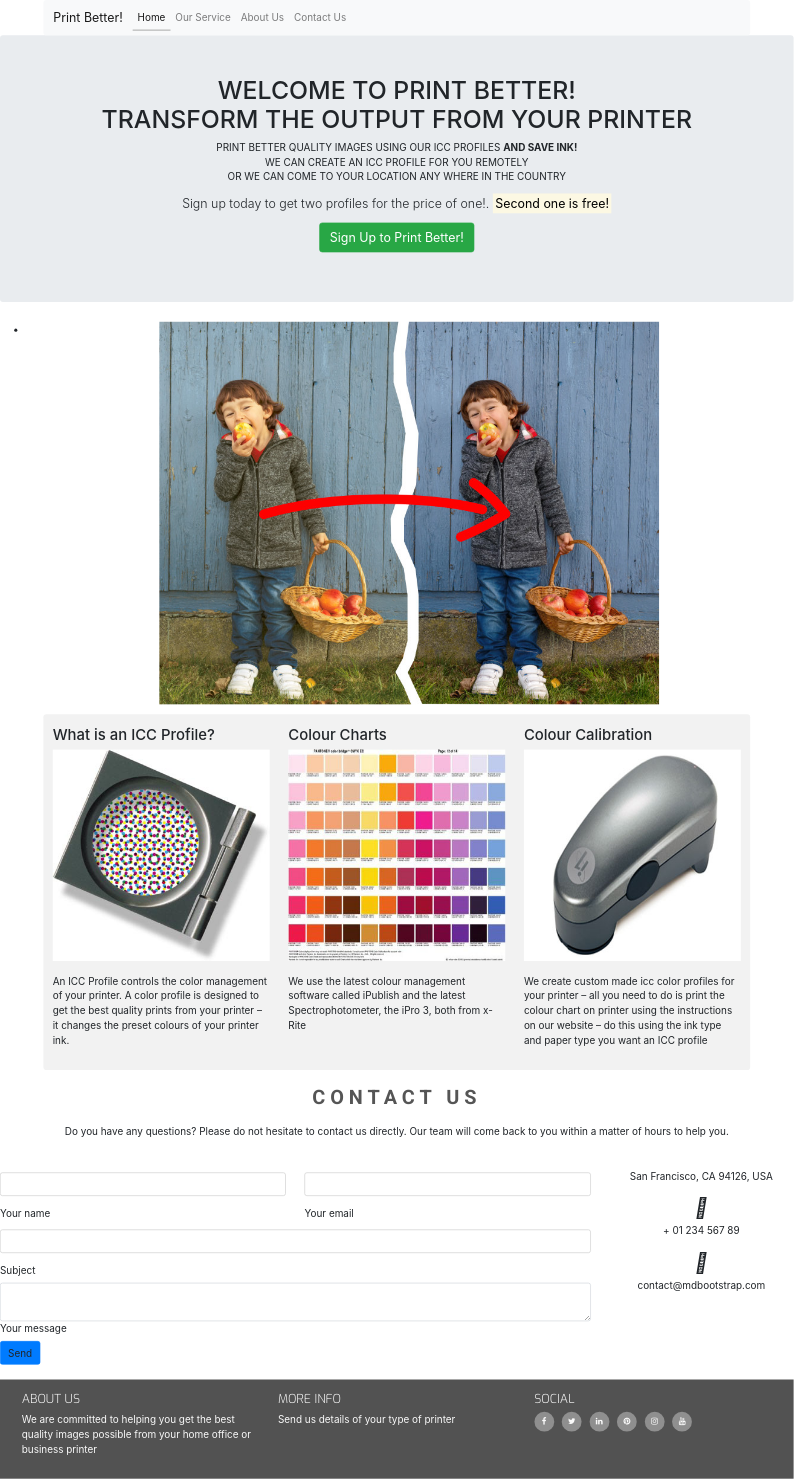
Repository: marks530/first_milestone
Page: navbar2.html
These files come from the project's save history. The page is drawn as it stood at one moment and after the next save; the edit follows.
The browser window is 1280 px wide. The page is 1295 px wide, so the pictures cover 1295 px, including what lies to the right of the window. The pictures show the whole page, at 62% of full size.
Some web libraries are served in a nearby version.

Above is the page before, as saved 2021-03-22 16:57:15.

### navbar2.html
<!DOCTYPE html>
<html lang="en">

<head>
    <meta charset="UTF-8">
    <meta http-equiv="X-UA-Compatible" content="IE=edge">
    <meta name="viewport" content="width=device-width, initial-scale=1.0">
    <link href="css/style.css" rel="stylesheet" type="text/css" />
    <link rel="stylesheet" href="https://maxcdn.bootstrapcdn.com/bootstrap/4.2.1/css/bootstrap.min.css" type="text/css" />
    <link rel="stylesheet" href="https://maxcdn.bootstrapcdn.com/font-awesome/4.7.0/css/font-awesome.min.css" type="text/css" />
    <link rel="stylesheet" href="https://cdnjs.cloudflare.com/ajax/libs/hover.css/2.1.1/css/hover-min.css" type="text/css" />
    <link href='https://fonts.googleapis.com/css?family=Roboto:100,200,300,400' rel='stylesheet' type='text/css'>

    <title>Navbar Test</title>

</head>

<body>
    <section>
        <nav class="navbar navbar-custom navbar-expand-lg navbar-light bg-light container">
            <a class="navbar-brand" href="#">Print Better!</a>
            <button class="navbar-toggler" type="button" data-toggle="collapse" data-target="#navbarSupportedContent" aria-controls="navbarSupportedContent" aria-expanded="false" aria-label="Toggle navigation">
            <span class="navbar-toggler-icon"></span>
            </button>

            <div class="collapse navbar-collapse" id="navbarSupportedContent">
                <ul class="navbar-nav mr-auto">
                    <li class="nav-item active" id="gfg">
                        <a class="nav-link" href="#">Home <span class="sr-only">(current)</span></a>
                    </li>
                    <li class="nav-item">
                        <a class="nav-link" href="#">Our Service</a>
                    </li>
                    <li class="nav-item">
                        <a class="nav-link" href="#">About Us</a>
                    </li>
                    <li class="nav-item">
                        <a class="nav-link" href="#">Contact Us</a>
                    </li>
                </ul>

            </div>
        </nav>
    </section>
    <section>
        <div class="jumbotron text-center">
            <h1 class="uppercase">Welcome to Print Better!<br>Transform the output from your Printer</h1>
            <p class="uppercase">Print better quality images using our ICC profiles <strong>and save ink!</strong><br>We can create an ICC profile for you remotely <br>or we can come to your location any where in the country
            </p>

            <p class="lead">Sign up today to get two profiles for the price of one!.
                <span class="d-inline d-sm-none"><br></span>
                <strong><mark>Second one is free!</mark></strong></p>
            <p><button class="btn btn-lg btn-success" data-toggle="modal" data-target="#signUpModal">Sign Up to Print Better!</button></p>

        </div>
    </section>
    <section>
        <div>
            <ul>
                <li>
                    <img src="images/before-after-profile.jpg" class="center">
                </li>

            </ul>
        </div>
    </section>
    <section>
        <div class="container">
            <div class="row">
                <div class="col-sm-4">
                    <h4>What is an ICC Profile?</h4>
                    <img src="images/Loupe.png" class="old-new" id="reduce">
                    <p class="shift">An ICC Profile controls the color management of your printer. A color profile is designed to get the best quality prints from your printer – it changes the preset colours of your printer ink.</p>

                </div>
                <div class="col-sm-4">
                    <h4>Colour Charts</h4>
                    <img src="images/color-chart.jpg" class="old-new" id="reduce">
                    <p class="shift">We use the latest colour management software called iPublish and the latest Spectrophotometer, the iPro 3, both from x-Rite </p>

                </div>
                <div class="col-sm-4">
                    <h4>Colour Calibration</h4>
                    <img src="images/xRite.jpg" class="old-new" id="reduce">
                    <p class="shift">We create custom made icc color profiles for your printer – all you need to do is print the colour chart on printer using the instructions on our website – do this using the ink type and paper type you want an ICC profile</p>
                </div>
            </div>
        </div>

    </section>
    <section>
        <div class="modal fade" id="signUpModal" tabindex="-1" role="dialog" aria-labelledby="signUpModal" aria-hidden="true">
            <div class="modal-dialog modal-dialog-centered" role="document">
                <div class="modal-content">
                    <div class="modal-header">
                        <h5 class="modal-title" id="exampleModalLongTitle">Modal title</h5>
                        <button type="button" class="close" data-dismiss="modal" aria-label="Close">
                <span aria-hidden="true">&times;</span>
              </button>
                    </div>
                    <div class="modal-body">
                        <form>
                            <div class="form-group">
                                <label for="exampleInputEmail1">Email address</label>
                                <input type="email" class="form-control" id="exampleInputEmail1" aria-describedby="emailHelp" placeholder="Enter email">
                                <small id="emailHelp" class="form-text text-muted">We'll never share your email with anyone else.</small>
                            </div>
                            <div class="form-group">
                                <label for="exampleInputPassword1">Password</label>
                                <input type="password" class="form-control" id="exampleInputPassword1" placeholder="Password">
                            </div>
                            <div class="form-check">
                                <input type="checkbox" class="form-check-input" id="exampleCheck1">
                                <label class="form-check-label" for="exampleCheck1">Check me out</label>
                            </div>
                            <button type="submit" class="btn btn-primary">Submit</button>
                        </form>
                    </div>
                    <div class="modal-footer">
                        <button type="button" class="btn btn-secondary" data-dismiss="modal">Close</button>
                        <button type="button" class="btn btn-primary">Save changes</button>
                    </div>
                </div>
            </div>
        </div>
    </section>
    <!--Section: Contact v.2-->
    <section class="mb-4">

        <!--Section heading-->
        <h2 class="h1-responsive font-weight-bold text-center my-4">Contact us</h2>
        <!--Section description-->
        <p class="text-center w-responsive mx-auto mb-5">Do you have any questions? Please do not hesitate to contact us directly. Our team will come back to you within a matter of hours to help you.</p>

        <div class="row">

            <!--Grid column-->
            <div class="col-md-9 mb-md-0 mb-5">
                <form id="contact-form" name="contact-form" action="mail.php" method="POST">

                    <!--Grid row-->
                    <div class="row">

                        <!--Grid column-->
                        <div class="col-md-6">
                            <div class="md-form mb-0">
                                <input type="text" id="name" name="name" class="form-control">
                                <label for="name" class="">Your name</label>
                            </div>
                        </div>
                        <!--Grid column-->

                        <!--Grid column-->
                        <div class="col-md-6">
                            <div class="md-form mb-0">
                                <input type="text" id="email" name="email" class="form-control">
                                <label for="email" class="">Your email</label>
                            </div>
                        </div>
                        <!--Grid column-->

                    </div>
                    <!--Grid row-->

                    <!--Grid row-->
                    <div class="row">
                        <div class="col-md-12">
                            <div class="md-form mb-0">
                                <input type="text" id="subject" name="subject" class="form-control">
                                <label for="subject" class="">Subject</label>
                            </div>
                        </div>
                    </div>
                    <!--Grid row-->

                    <!--Grid row-->
                    <div class="row">

                        <!--Grid column-->
                        <div class="col-md-12">

                            <div class="md-form">
                                <textarea type="text" id="message" name="message" rows="2" class="form-control md-textarea"></textarea>
                                <label for="message">Your message</label>
                            </div>

                        </div>
                    </div>
                    <!--Grid row-->

                </form>

                <div class="text-center text-md-left">
                    <a class="btn btn-primary" onclick="document.getElementById('contact-form').submit();">Send</a>
                </div>
                <div class="status"></div>
            </div>
            <!--Grid column-->

            <!--Grid column-->
            <div class="col-md-3 text-center">
                <ul class="list-unstyled mb-0">
                    <li><i class="fas fa-map-marker-alt fa-2x"></i>
                        <p>San Francisco, CA 94126, USA</p>
                    </li>

                    <li><i class="fas fa-phone mt-4 fa-2x"></i>
                        <p>+ 01 234 567 89</p>
                    </li>

                    <li><i class="fas fa-envelope mt-4 fa-2x"></i>
                        <p>contact@mdbootstrap.com</p>
                    </li>
                </ul>
            </div>
            <!--Grid column-->

        </div>

    </section>
    <!--Section: Contact v.2-->
    <footer class="container-fluid">
        <div id="footer-details" class="row">
            <div class="col-sm-4">
                <h5 class="uppercase general-sub">About Us</h5>
                <p class="inline-block">
                    We are committed to helping you get the best quality images possible from your home office or business printer
                </p>
            </div>
            <div class="col-sm-4">
                <h5 class="uppercase general-sub">More Info</h5>
                <p class="inline-block">
                    Send us details of your type of printer
                </p>
            </div>
            <div class="col-sm-4">
                <h5 class="uppercase general-sub">Social</h5>
                <ul class="list-inline social-links">
                    <li class="list-inline-item">
                        <a target="_blank" href="#">
                            <i class="fa fa-facebook" aria-hidden="true"></i>
                            <span class="sr-only">Facebook</span>
                        </a>
                    </li>
                    <li class="list-inline-item">
                        <a target="_blank" href="#">
                            <i class="fa fa-twitter" aria-hidden="true"></i>
                            <span class="sr-only">Twitter</span>
                        </a>
                    </li>
                    <li class="list-inline-item">
                        <a target="_blank" href="#">
                            <i class="fa fa-linkedin" aria-hidden="true"></i>
                            <span class="sr-only">LinkedIn</span>
                        </a>
                    </li>
                    <li class="list-inline-item">
                        <a target="_blank" href="#">
                            <i class="fa fa-pinterest" aria-hidden="true"></i>
                            <span class="sr-only">Pinterest</span>
                        </a>
                    </li>
                    <li class="list-inline-item">
                        <a target="_blank" href="#">
                            <i class="fa fa-instagram" aria-hidden="true"></i>
                            <span class="sr-only">Instagram</span>
                        </a>
                    </li>
                    <li class="list-inline-item">
                        <a target="_blank" href="#">
                            <i class="fa fa-youtube" aria-hidden="true"></i>
                            <span class="sr-only">YouTube</span>
                        </a>
                    </li>
                </ul>
            </div>
        </div>
    </footer>
    <script src="https://cdnjs.cloudflare.com/ajax/libs/popper.js/1.12.9/umd/popper.min.js" integrity="sha384-ApNbgh9B+Y1QKtv3Rn7W3mgPxhU9K/ScQsAP7hUibX39j7fakFPskvXusvfa0b4Q" crossorigin="anonymous"></script>
    <script src="https://code.jquery.com/jquery-3.2.1.slim.min.js" integrity="sha384-KJ3o2DKtIkvYIK3UENzmM7KCkRr/rE9/Qpg6aAZGJwFDMVNA/GpGFF93hXpG5KkN" crossorigin="anonymous"></script>
    <script src="https://maxcdn.bootstrapcdn.com/bootstrap/4.0.0/js/bootstrap.min.js" integrity="sha384-JZR6Spejh4U02d8jOt6vLEHfe/JQGiRRSQQxSfFWpi1MquVdAyjUar5+76PVCmYl" crossorigin="anonymous"></script>
</body>

</html>

### css/style.css
@import url('https://fonts.googleapis.com/css?family=Roboto:100,200,300,400,500,600,700|Exo:100,200,300,400,500,600,700');
body {
    font-family: Roboto;
    color: #777777
}

h2 {
    font-family: Roboto;
    text-transform: uppercase;
    letter-spacing: 8px;
    color: #555555
}

#logo {
    float: left;
    font-size: 280%;
    margin-left: 120px;
}

#gfg {
    text-decoration: none;
}

#menu {
    font-size: 140%;
    list-style-type: none;
    letter-spacing: 1px;
    margin-right: 120px;
}

#menu {
    line-height: 75px;
}

#menu li {
    float: right;
    margin-right: 20px;
}

#menu a {
    text-decoration: none;
    color: inherit;
}

#menu a:hover {
    border-bottom: 1px solid #777777;
}

.active {
    border-bottom: 1px solid #777777;
}

.center {
    display: block;
    margin-left: auto;
    margin-right: auto;
    width: 65%;
    height: auto;
}

.old-new {
    max-width: 100%;
    height: auto;
    object-fit: contain;
}

#move-image-down {
    margin-top: 30px;
}

.jumbotron {
    padding-left: 20px;
    padding-right: 20px;
}


/*---------------Special paddings/margins/text */

h1,
h2,
h3,
h4 {
    margin: 0;
}

.uppercase {
    text-transform: uppercase;
}

.general-sub {
    font-family: "Exo", sans serif;
    font-weight: 300;
    color: #fafafa;
}

.shift {
    margin-top: 20px;
}


/*----------------------------------Footer */

footer {
    background-color: #525252;
    color: #fafafa;
    min-height: 120px;
    margin: 0;
}

.inline-block {
    display: inline-block;
}

.social-links {
    padding-bottom: 15px;
}

.social-links li a i {
    width: 32px;
    height: 32px;
    padding: 12px 0;
    border-radius: 50%;
    font-size: 13px;
    line-height: 7px;
    text-align: center;
    color: #fafafa;
    background: #8f8f8f;
    transition: all 0.35s ease-in-out;
    -moz-transition: all 0.35s ease-in-out;
    -webkit-transition: all 0.35s ease-in-out;
    -o-transition: all 0.35s ease-in-out;
}

.social-links li a i:hover {
    background: #e84610;
}

#footer-details {
    padding: 20px;
}


/*----------------------------------Test for text in a box */

.container {
    position: relative;
    width: 50%;
}

.image {
    opacity: 1;
    display: block;
    width: 100%;
    height: auto;
    transition: .5s ease;
    backface-visibility: hidden;
}

.middle {
    transition: .5s ease;
    opacity: 0;
    position: absolute;
    top: 50%;
    left: 50%;
    transform: translate(-50%, -50%);
    -ms-transform: translate(-50%, -50%);
    text-align: center;
}

.container:hover .image {
    opacity: 0.3;
}

.container:hover .middle {
    opacity: 1;
}

.text {
    background-color: #4CAF50;
    color: white;
    font-size: 16px;
    padding: 16px 32px;
}

.space {
    margin-top: 15px;
    margin-bottom: 15px;
}


/*----------------------------------Logo gentle zoom effect on hover */

.zoom {
    padding: 10px;
    background-color: white;
    transition: transform .8s;
    /* Animation */
    width: auto;
    height: auto;
    margin: 0 auto;
}

.zoom:hover {
    transform: scale(1.05);
    /* (150% zoom - Note: if the zoom is too large, it will go outside of the viewport) */
}


/*----------------------------------Contact Form styling*/

* {
    box-sizing: border-box;
}

input[type=text],
select,
textarea {
    width: 100%;
    padding: 12px;
    border: 1px solid #ccc;
    border-radius: 4px;
    box-sizing: border-box;
    margin-top: 6px;
    margin-bottom: 16px;
    resize: vertical;
}

input[type=submit] {
    background-color: #4CAF50;
    color: white;
    padding: 12px 20px;
    border: none;
    border-radius: 4px;
    cursor: pointer;
}

input[type=submit]:hover {
    background-color: #45a049;
}

.container {
    border-radius: 5px;
    background-color: #f2f2f2;
    padding: 20px;
}

#circle-container {
    width: 300px;
    height: 300px;
    padding: 30px;
    border-style: solid;
    border-color: #cccccc;
    border-width: 1px;
    border-radius: 50%;
    margin: 0 auto;
}

.contact {
    margin-top: 15px;
}

iframe {
    border: 2px red solid;
}

After the next save:
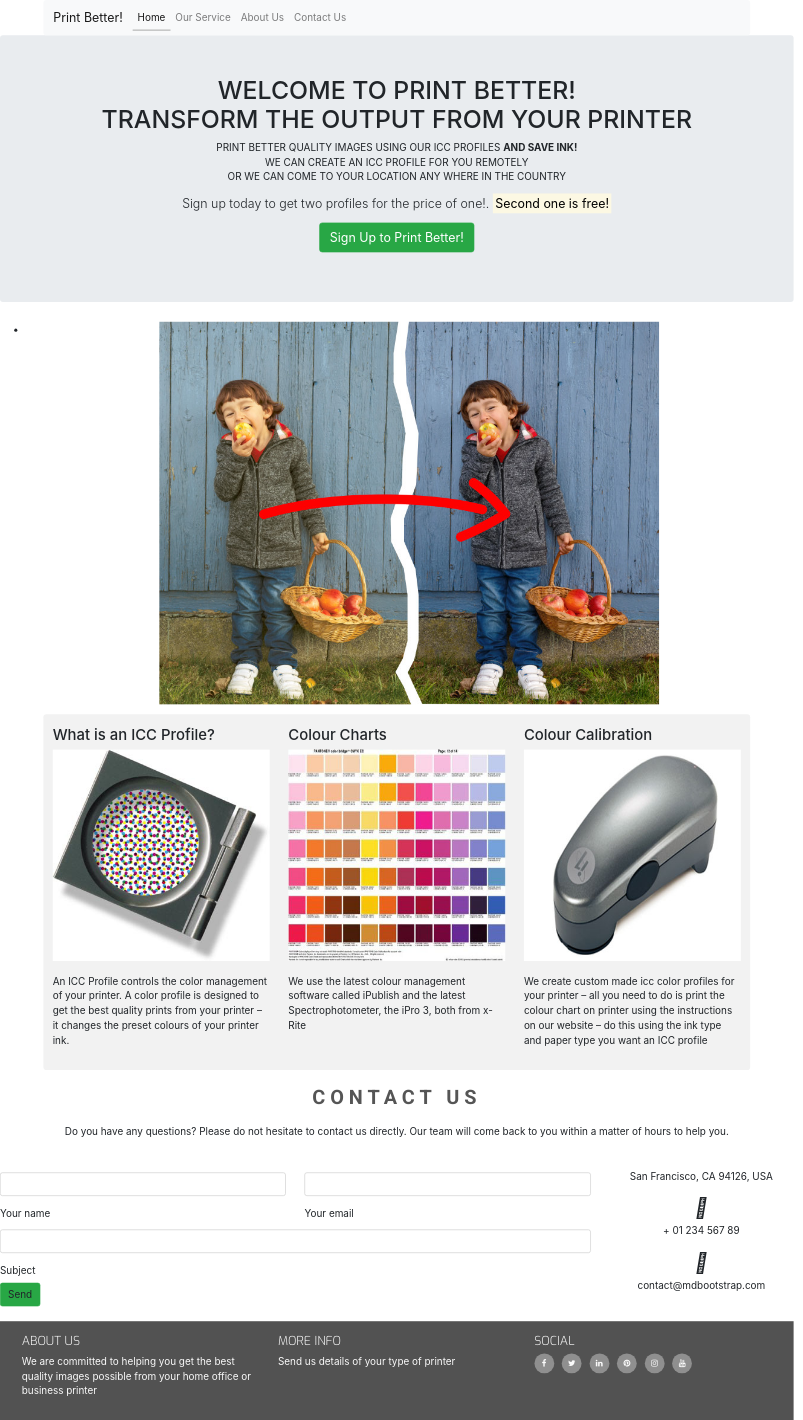
Saved 2 min 14 s later.
--- a/navbar2.html
+++ b/navbar2.html
@@ -178,21 +178,14 @@
                     <div class="row">
 
                         <!--Grid column-->
-                        <div class="col-md-12">
-
-                            <div class="md-form">
-                                <textarea type="text" id="message" name="message" rows="2" class="form-control md-textarea"></textarea>
-                                <label for="message">Your message</label>
-                            </div>
-
-                        </div>
+
                     </div>
                     <!--Grid row-->
 
                 </form>
 
                 <div class="text-center text-md-left">
-                    <a class="btn btn-primary" onclick="document.getElementById('contact-form').submit();">Send</a>
+                    <a class="btn btn-success">Send</a>
                 </div>
                 <div class="status"></div>
             </div>
